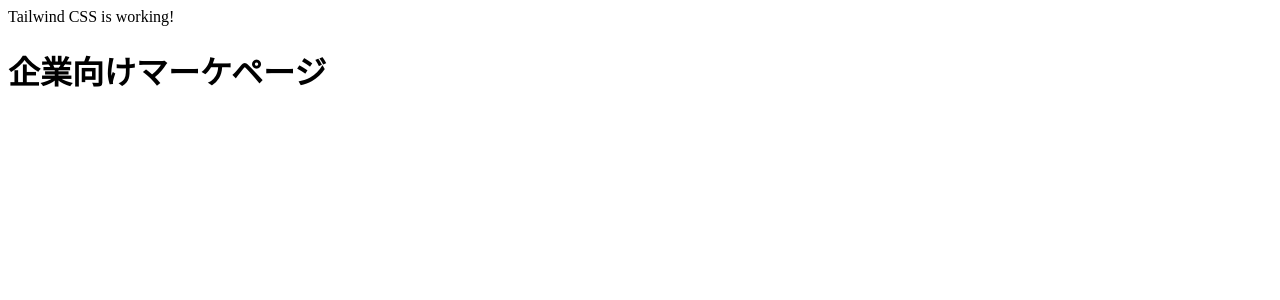
Repository: kyoko-shiraishi/Reproduce
Page: http://localhost/business
The author's editor kept a copy of each file at every save. The page is drawn from the files as they stood at one save, then again after the next save.
The browser window is 1280 px wide. The pictures show the whole page.
The page is served by the project's Laravel application, run on PHP 8.4 with Laravel 12. Other server files are loaded and not shown. Queries for data that is not in the repository find no rows.

Above is the page before, as saved 2024-10-16 09:08:23.

### app/Providers/AppServiceProvider.php
<?php
namespace App\Providers;

use Illuminate\Support\ServiceProvider;
use Illuminate\Support\Facades\View;
use App\Models\Category; // Categoryモデルをインポート

class AppServiceProvider extends ServiceProvider
{
    public function boot()
    {
        // \URL::forceScheme('https');
        // すべてのビューにカテゴリを渡す
        View::composer('*', function ($view) {
            $categories = Category::all();
            $view->with('categories', $categories);
        });
    }

    public function register()
    {
        //
    }
}

### routes/web.php
<?php

use App\Http\Controllers\ProfileController;
use Illuminate\Support\Facades\Route;
use App\Http\Controllers\PleaseController;
use App\Http\Controllers\Auth\AuthenticatedSessionController;
use App\Http\Controllers\SearchController;
use App\Http\Controllers\PostController;
use App\Http\Controllers\NewController;
use App\Http\Controllers\LikeController;

// ララベルトップルート
Route::get('/', function () {
    return view('welcome');
});

// トップページ
Route::get('/index', [PleaseController::class, 'index'])->name('index');

// ログインページのルート
Route::get('/login', [AuthenticatedSessionController::class, 'create'])->name('login');

// ログイン処理のルート
Route::post('/login', [AuthenticatedSessionController::class, 'store']);

// 登録ページのルート
Route::get('/register', [RegisteredUserController::class, 'create'])->name('register');

// 登録処理のルート
Route::post('/register', [RegisteredUserController::class, 'store']);

// ダッシュボードのルート
Route::get('/dashboard', function () {
    return view('dashboard');
})->middleware(['auth', 'verified'])->name('dashboard');




// 認証が必要なルート
Route::middleware('auth')->group(function () {
    Route::get('/profile', [ProfileController::class, 'edit'])->name('profile.edit');
    Route::patch('/profile', [ProfileController::class, 'update'])->name('profile.update');
    Route::delete('/profile', [ProfileController::class, 'destroy'])->name('profile.destroy');
});
// ホームページのルート
Route::get('/home',[PleaseController::class,'home'])->name('home');



require __DIR__.'/auth.php';

Route::get('/business',[PleaseController::class,'business'])->name('business');
Route::get('/infomation',[PleaseController::class,'infomation'])->name('infomation');
Route::get('/logo',[PleaseController::class,'logo'])->name('logo');

Route::get('/search',[SearchController::class,'search'])->name('search.results');
Route::get('/post/{id}',[PostController::class,'post'])->name('post');
Route::get('/new_thread_create',[PleaseController::class,'new_thread_create'])->name('new_thread_create');

Route::post('/thread_store',[NewController::class,'category'])->name('category');

Route::post('/thread_store',[NewController::class,'thread_store'])->name('thread_store');
Route::get('/new_post_create/{id}', [NewController::class, 'new_post_create'])->name('new_post_create');

Route::post('/post_store/{threadId}', [NewController::class, 'post_store'])->name('post_store');
Route::get('/delete',[PleaseController::class,'delete_show'])->name('delete_show');
Route::post('/delete_selected',[PleaseController::class,'delete_selected'])->name('delete_selected');

Route::post('/thread/like', [LikeController::class, 'likeThread']);

### app/Http/Controllers/PleaseController.php
<?php

namespace App\Http\Controllers;

use Illuminate\Http\Request;
use App\Models\Thread;
use Illuminate\Support\Facades\Auth;
use App\Models\Post;
use App\Events\ThreadLiked;

use App\Models\Category;


class PleaseController extends Controller
{
    public function index()
    {
        return view('please.index');
    }

    public function post(Request $request)
    {
        $validate_rule = [
            'mail' => 'email',
            'password' => 'required',
        ];
        $this->validate($request, $validate_rule);
        return view('home.index', ['msg' => 'ログインしました']);
    }


    public function home()
    {
        $all_threads=Thread::all();
        return view('please.home',compact('all_threads'));

    }


    public function business(){
        return view('please.business');
    }
    public function infomation(){
        return view('please.infomation');
    }

    public function new_thread_create(){
        $categories = Category::all();
        return view('please.new_thread_create', compact('categories'));
    }

    public function new_post_create(){
        return view('please.new_post_create');
    }

    public function delete_show(){
        $threads_you_created=Thread::where('user_id', Auth::id())->get();
        $posts_you_created = Post::where('user_id', Auth::id())->get();
        return view('please.delete',compact('threads_you_created','posts_you_created'));
    }
    public function delete_selected(Request $request)
{
    // スレッドを削除
    if ($request->has('threads')) {
        Thread::destroy($request->input('threads'));
    }

    // ポストを削除
    if ($request->has('posts')) {
        Post::destroy($request->input('posts'));
    }

    return redirect()->back()->with('status', '選択したスレッドとポストが削除されました。');

}

}

### app/Models/Category.php
<?php

namespace App\Models;

use Illuminate\Database\Eloquent\Factories\HasFactory;
use Illuminate\Database\Eloquent\Model;

class Category extends Model
{
    use HasFactory;

    // 保存するデータ
    protected $fillable = ['name'];


    /**
     * 製品とのリレーション
     */
    public function products()
    {
        return $this->hasMany(Product::class, 'category_id');
        // 'category_id' は、Product テーブル内の外部キーのカラム名です。このカラムは、どの Category に属しているかを示します
    }
}

### resources/views/please/business.blade.php
<!DOCTYPE html>
<html lang="en">
<head>
    <meta charset="UTF-8">
    <meta name="viewport" content="width=device-width, initial-scale=1.0">

    <title>business</title>
</head>
<body>
<div class="bg-red-500 text-white p-4">
    Tailwind CSS is working!
</div>
    <h1>企業向けマーケページ</h1>
</body>
</html>

Loaded but not shown: routes/auth.php (common file); app/Http/Controllers/Auth/EmailVerificationPromptController.php (common file); app/Http/Controllers/Controller.php (common file); app/Http/Controllers/Auth/VerifyEmailController.php (common file)

After the next save:
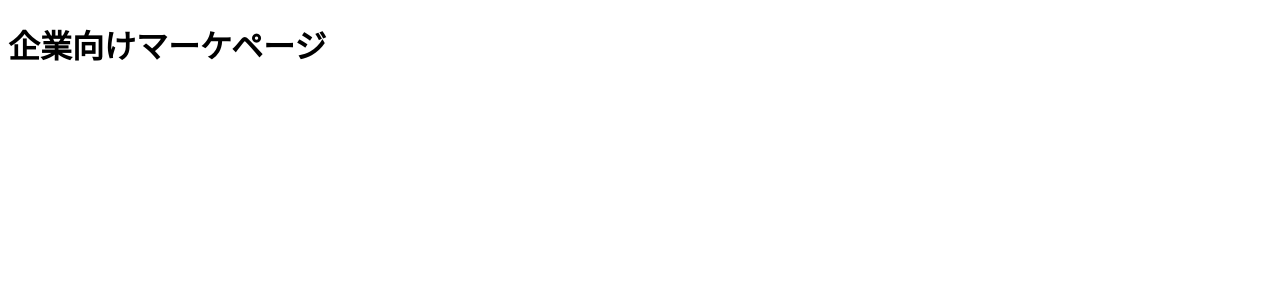
Saved 89 s later.
--- a/resources/views/please/business.blade.php
+++ b/resources/views/please/business.blade.php
@@ -7,9 +7,7 @@
     <title>business</title>
 </head>
 <body>
-<div class="bg-red-500 text-white p-4">
-    Tailwind CSS is working!
-</div>
+
     <h1>企業向けマーケページ</h1>
 </body>
 </html>
